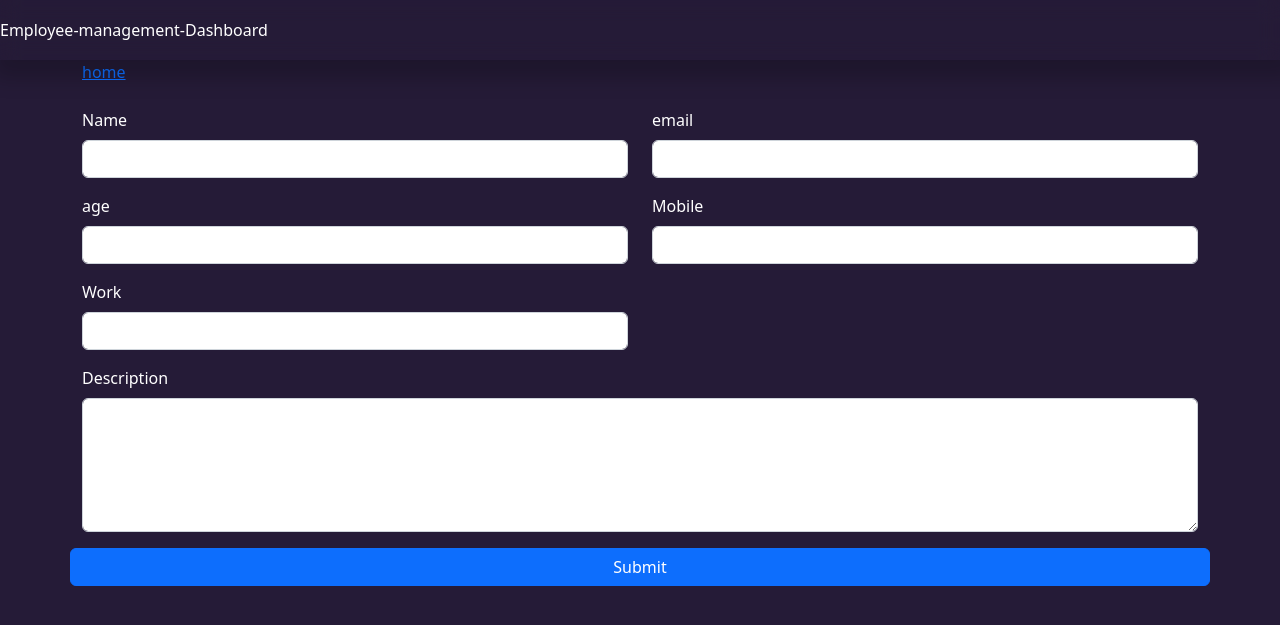
Repository: iamevs/Employee-Management-System
Page: /register (app in client/)
An editor plug-in stored every save of this project. The page is shown before and after the next save, followed by the edit.
The browser window is 1280 px wide. The pictures show the whole page.
The project was rebuilt for these pictures with package versions that can differ from the ones it lists, and the page was loaded fresh each time. Also part of the build but not shown: client/vite.config.js, client/src/components/Home.jsx, client/src/components/Edit.jsx, client/src/components/Hero.jsx. Imported but missing from the stored project, and not drawn on this page: client/src/components/Details.

Above is the page before, as saved 2022-11-28 23:23:19.

### client/index.html
<html lang="en">
  <head>
    <meta charset="UTF-8" />
    <link rel="icon" type="image/svg+xml" href="/vite.svg" />
    <meta name="viewport" content="width=device-width, initial-scale=1.0" />
    <title>employee-management</title>
  </head>
  <body>
    <div id="root"></div>
    <script type="module" src="/src/main.jsx"></script>
  </body>
</html>

### client/src/main.jsx
import React, { StrictMode } from 'react';
import ReactDOM from 'react-dom';
import { createRoot } from "react-dom/client";
import './index.css';
import App from './App';
import { BrowserRouter } from "react-router-dom"
import ContextProvider from "./components/context/ContextProvider";
// root.render(
//   <StrictMode>
//   <ContextProvider>
//     <BrowserRouter>
//       <App />
//     </BrowserRouter>
//   </ContextProvider>
//   </StrictMode>
//   ,
//   document.getElementById('root')
// );


createRoot(document.getElementById('root')).render(
  <ContextProvider>
    <BrowserRouter>
      <App />
    </BrowserRouter>
  </ContextProvider>
)

### client/src/index.css
body {
  margin: 0;
  font-family: -apple-system, BlinkMacSystemFont, 'Segoe UI', 'Roboto', 'Oxygen',
    'Ubuntu', 'Cantarell', 'Fira Sans', 'Droid Sans', 'Helvetica Neue',
    sans-serif;
  -webkit-font-smoothing: antialiased;
  -moz-osx-font-smoothing: grayscale;
  background-color: #251B37 !important;
  color: #fff !important;
}

code {
  font-family: source-code-pro, Menlo, Monaco, Consolas, 'Courier New',
    monospace;
}

.btns{
  display: flex;
  justify-content: space-between;
}

### client/src/App.jsx
import './App.css';
import "../node_modules/bootstrap/dist/css/bootstrap.min.css"
import "../node_modules/bootstrap/dist/js/bootstrap.bundle.min.js"
import Navbar from './components/Navbar';
import Home from './components/Home';
import Register from './components/Register';
import Edit from './components/Edit';
import Details from './components/Details';
import Hero from "./components/Hero.jsx";
import {Routes,Route} from "react-router-dom"




function App() {
  return (
   <>
    <Navbar />
    <Routes>
      <Route path="/" element={<Hero/>} />
      <Route  path="/home" element={<Home/>} />
      <Route exact path="/register" element={<Register/>} />
      <Route exact path="/edit/:id" element={<Edit/>} />
      <Route exact path="/view/:id" element={<Details/>} />
    </Routes>

   </>
  );
}

export default App;

### client/src/components/context/ContextProvider.jsx
import React, { createContext, useState } from 'react'


export const adddata = createContext("");
export const updatedata = createContext("");
export const deldata = createContext("");

const ContextProvider = ({ children }) => {

    const [udata, setUdata] = useState("");
    const [updata, setUPdata] = useState("");
    const [dltdata, setDLTdata] = useState("");


    return (
        <adddata.Provider value={{ udata, setUdata }}>
            <updatedata.Provider value={{ updata, setUPdata }}>
                <deldata.Provider value={{dltdata, setDLTdata}}>
                    {children}
                </deldata.Provider>

            </updatedata.Provider>

        </adddata.Provider>
    )
}

export default ContextProvider;

### client/src/App.css
.add_btn{
  text-align: right;
}

.container{
  overflow: auto;
}

.left_view h3{
  font-size: 21px;
}

.left_view p{
  font-weight: 600;
}

.left_view span{
  font-weight: 400;
}

.right_view p{
  font-weight: 600;
}


.right_view span{
  font-weight: 400;
}

### client/src/components/Navbar.jsx
import React from 'react'
import { NavLink } from 'react-router-dom'
import { Box, Stack } from "@mui/material";


const Navbar = () => {
    return (
        <Stack >
            <Box className="navbar navbar-expand-lg text-white" sx={{
                backgroundColor: "transparent",
                backdropFilter: "blur(10px) !important",
                position: "relative",
                color: "white",
                boxShadow: "4px 7px 20px 11px rgb(0 0 0 / 20%)",
                height: "60px",
            }}>
            <Box>Employee-management-Dashboard</Box>
            </Box>
        </Stack>
    )
}

export default Navbar

### client/src/components/Register.jsx
import React, { useContext, useState } from 'react'
import { NavLink, useNavigate } from 'react-router-dom'
import { adddata } from './context/ContextProvider';

var link = "http://localhost:8001/create";

const Register = () => {

    const { udata, setUdata } = useContext(adddata);

    const history = useNavigate();

    const [inpval, setINP] = useState({
        name: "",
        email: "",
        age: "",
        mobile: "",
        work: "",
        desc: ""
    })

    const setdata = (e) => {
        console.log(e.target.value);
        const { name, value } = e.target;
        setINP((preval) => {
            return {
                ...preval,
                [name]: value
            }
        })
    }


    const addinpdata = async (e) => {
        e.preventDefault();

        const { name, email, work, mobile, desc, age } = inpval;


        if (name == "") {
            alert("name is required")
        } else if (email == "") {
            alert("email is required")
        } else if (!email.includes("@")) {
            alert("enter valid email")
        } else if (work == "") {
            alert("work is required")
        } else if (mobile == "") {
            alert("mobile is required")
        } else if (age == "") {
            alert("age is required")
        } else {

            const res = await fetch(link, {
                method: "POST",
                headers: {
                    "Content-Type": "application/json"
                },
                body: JSON.stringify({
                    name, email, work, mobile, desc, age
                })
            });

            const data = await res.json();
            console.log(data);

            if (res.status === 422 || !data) {
                console.log("error ");
                alert("error");

            } else {
                history("/");
                setUdata(data)
                console.log("data added");

            }
        }

    }

    return (
        <div className="container">
            <NavLink to="/">home</NavLink>
            <form className="mt-4">
                <div className="row">
                    <div class="mb-3 col-lg-6 col-md-6 col-12">
                        <label for="exampleInputEmail1" class="form-label">Name</label>
                        <input type="text" value={inpval.name} onChange={setdata} name="name" class="form-control" id="exampleInputEmail1" aria-describedby="emailHelp" />
                    </div>
                    <div class="mb-3 col-lg-6 col-md-6 col-12">
                        <label for="exampleInputPassword1" class="form-label">email</label>
                        <input type="email" value={inpval.email} onChange={setdata} name="email" class="form-control" id="exampleInputPassword1" />
                    </div>
                    <div class="mb-3 col-lg-6 col-md-6 col-12">
                        <label for="exampleInputPassword1" class="form-label">age</label>
                        <input type="text" value={inpval.age} onChange={setdata} name="age" class="form-control" id="exampleInputPassword1" />
                    </div>
                    <div class="mb-3 col-lg-6 col-md-6 col-12">
                        <label for="exampleInputPassword1" class="form-label">Mobile</label>
                        <input type="number" value={inpval.mobile} onChange={setdata} name="mobile" class="form-control" id="exampleInputPassword1" />
                    </div>
                    <div class="mb-3 col-lg-6 col-md-6 col-12">
                        <label for="exampleInputPassword1" class="form-label">Work</label>
                        <input type="text" value={inpval.work} onChange={setdata} name="work" class="form-control" id="exampleInputPassword1" />
                    </div>
                    <div class="mb-3 col-lg-12 col-md-12 col-12">
                        <label for="exampleInputPassword1" class="form-label">Description</label>
                        <textarea name="desc" value={inpval.desc} onChange={setdata} className="form-control" id="" cols="30" rows="5"></textarea>
                    </div>

                    <button type="submit" onClick={addinpdata} class="btn btn-primary">Submit</button>
                </div>
            </form>
        </div>
    )
}
export default Register;

After the next save:
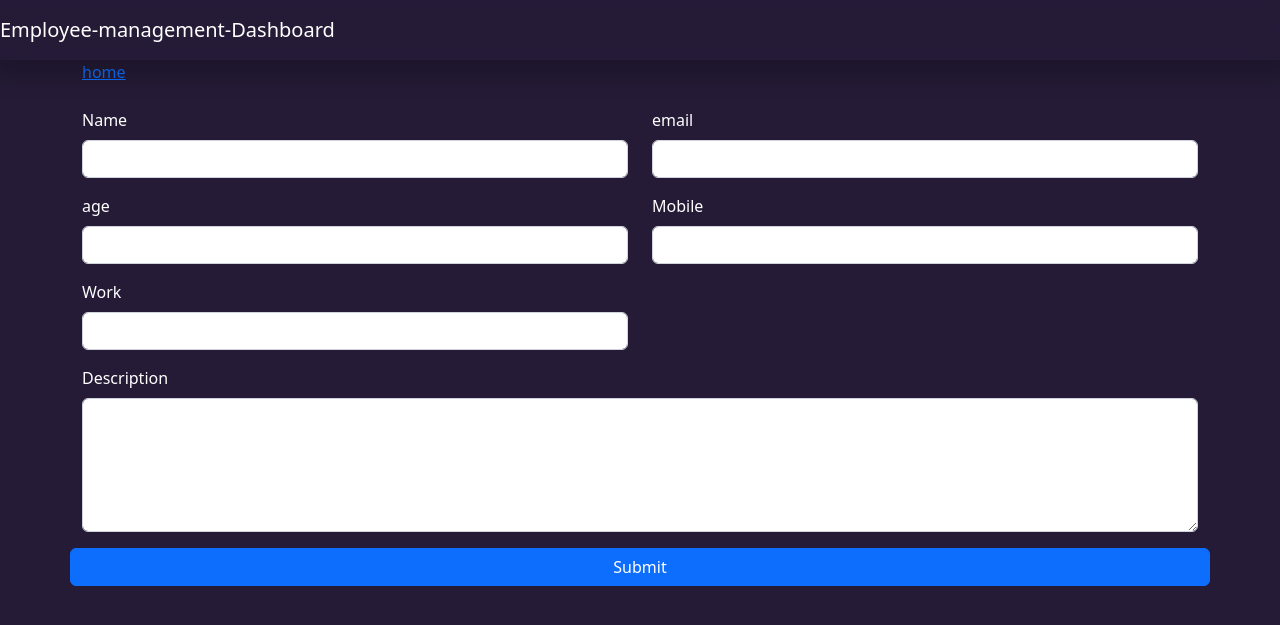
Saved 18 s later.
--- a/client/src/components/Navbar.jsx
+++ b/client/src/components/Navbar.jsx
@@ -14,7 +14,9 @@ const Navbar = () => {
                 boxShadow: "4px 7px 20px 11px rgb(0 0 0 / 20%)",
                 height: "60px",
             }}>
-            <Box>Employee-management-Dashboard</Box>
+            <Box sx={{
+                fontSize: "20px",
+            }}>Employee-management-Dashboard</Box>
             </Box>
         </Stack>
     )
